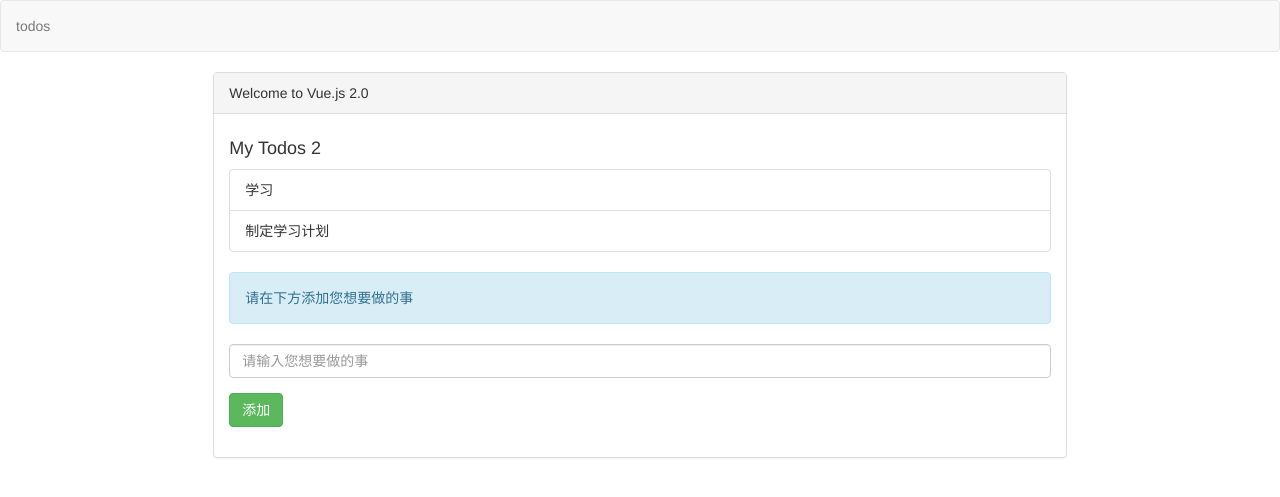
Repository: myr1111/todo
Page: Todoapp/index.html
These files come from the project's save history. The page is drawn as it stood at one moment and after the next save; the edit follows.
The browser window is 1280 px wide. The pictures show the whole page.

Above is the page before, as saved 2019-04-01 08:37:12.

After the next save:
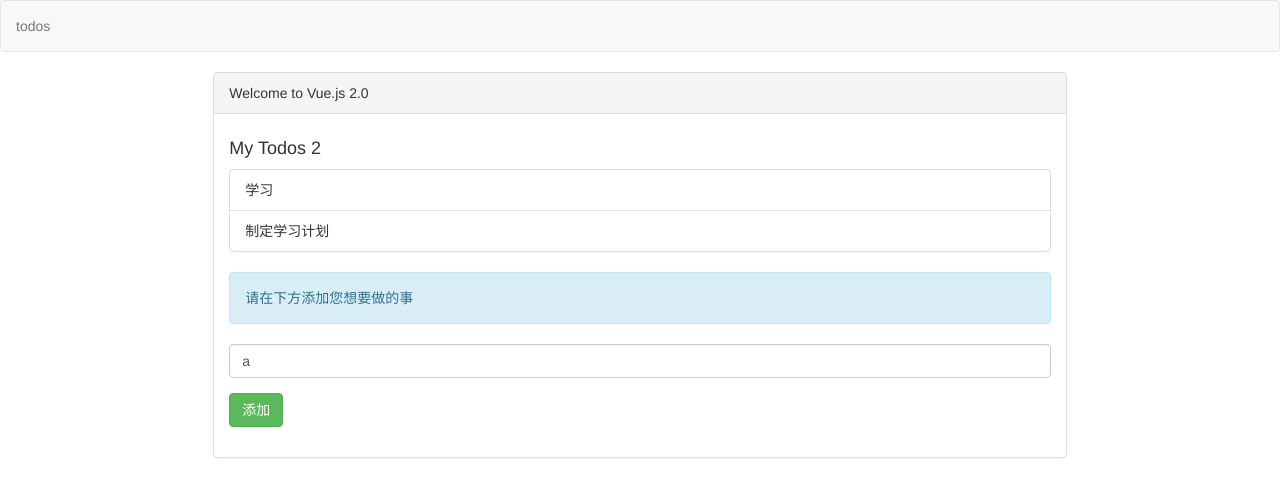
Saved 70 s later.
--- a/Todoapp/index.html
+++ b/Todoapp/index.html
@@ -44,7 +44,7 @@
                     {title : "学习"},
                     {title : "制定学习计划"}
                 ],
-                newTodo : {title : ""}
+                newTodo : {title : "a"}
             },
             computed: {
                 todosCount(){
